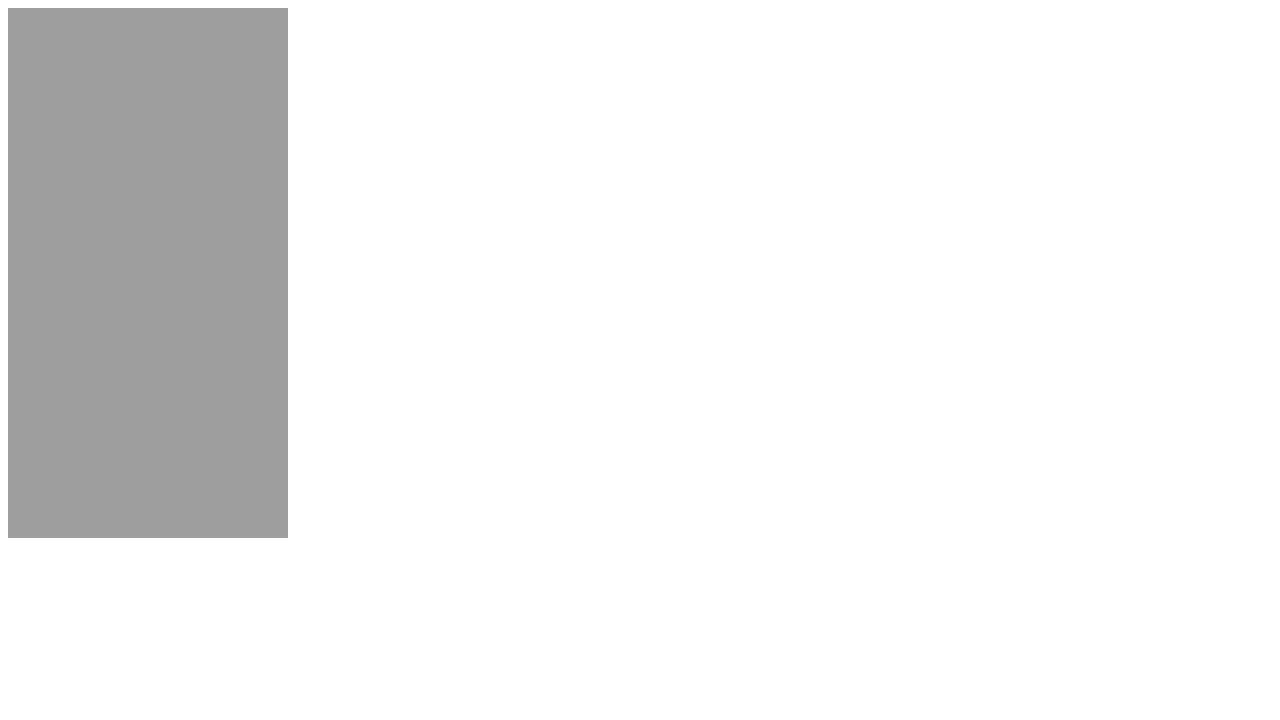
Repository: Tranduchieu2002/FlappyBird
Page: Flappy.html
These files come from the project's save history. The page is drawn as it stood at one moment and after the next save; the edit follows.
The browser window is 1280 px wide. The pictures show the whole page.

Above is the page before, as saved 2021-09-14 17:22:56.

### Flappy.html
<!DOCTYPE html>
<html lang="en">
<head>
   <meta charset="UTF-8">
   <meta http-equiv="X-UA-Compatible" content="IE=edge">
   <meta name="viewport" content="width=device-width, initial-scale=1.0">
   <title>Document</title>
   <style>
      canvas  {
     }
     @media only screen and (max-width: 600px) {
        canvas {
         width: 100%;
         height: 100%;
        }
     }
   </style>
</head>
<body>
   <canvas id="canvas" width="280px" height="530px">

   </canvas>
   <script src="index.js"></script>
</body>
</html>

### index.js
const cvs = document.querySelector("canvas");
const ctx = cvs.getContext("2d");
var bird = new Image();
var bg = new Image();
let fg = new Image();
let pipeSouth = new Image();
let pipeNorth = new Image();
console.log(pipeNorth.length, pipeSouth.length);
fg.src =
  "https://raw.githubusercontent.com/CodeExplainedRepo/FlappyBird-JavaScript/master/images/fg.png";
pipeNorth.src =
  "https://raw.githubusercontent.com/CodeExplainedRepo/FlappyBird-JavaScript/master/images/pipeNorth.png";
pipeSouth.src =
  "https://raw.githubusercontent.com/CodeExplainedRepo/FlappyBird-JavaScript/master/images/pipeSouth.png";
bird.src =
  "https://raw.githubusercontent.com/CodeExplainedRepo/FlappyBird-JavaScript/master/images/bird.png";
bg.src =
  "https://raw.githubusercontent.com/CodeExplainedRepo/FlappyBird-JavaScript/master/images/bg.png";
(function draw() {
  const fh = 50;
  const hC = cvs.height;
  let Bx = 50;
  let By = 50;
  let hPassForCg = 70;
  ctx.drawImage(bg, 0, 0);
  ctx.drawImage(bird, 0, 0, 30, 30);
  ctx.drawImage(pipeSouth, 130, hPassForCg + pipeNorth.length);
  ctx.drawImage(pipeNorth, 130, 0);
  ctx.drawImage(fg, 0, hC - fg.height);
  requestAnimationFrame(draw);
})();

After the next save:
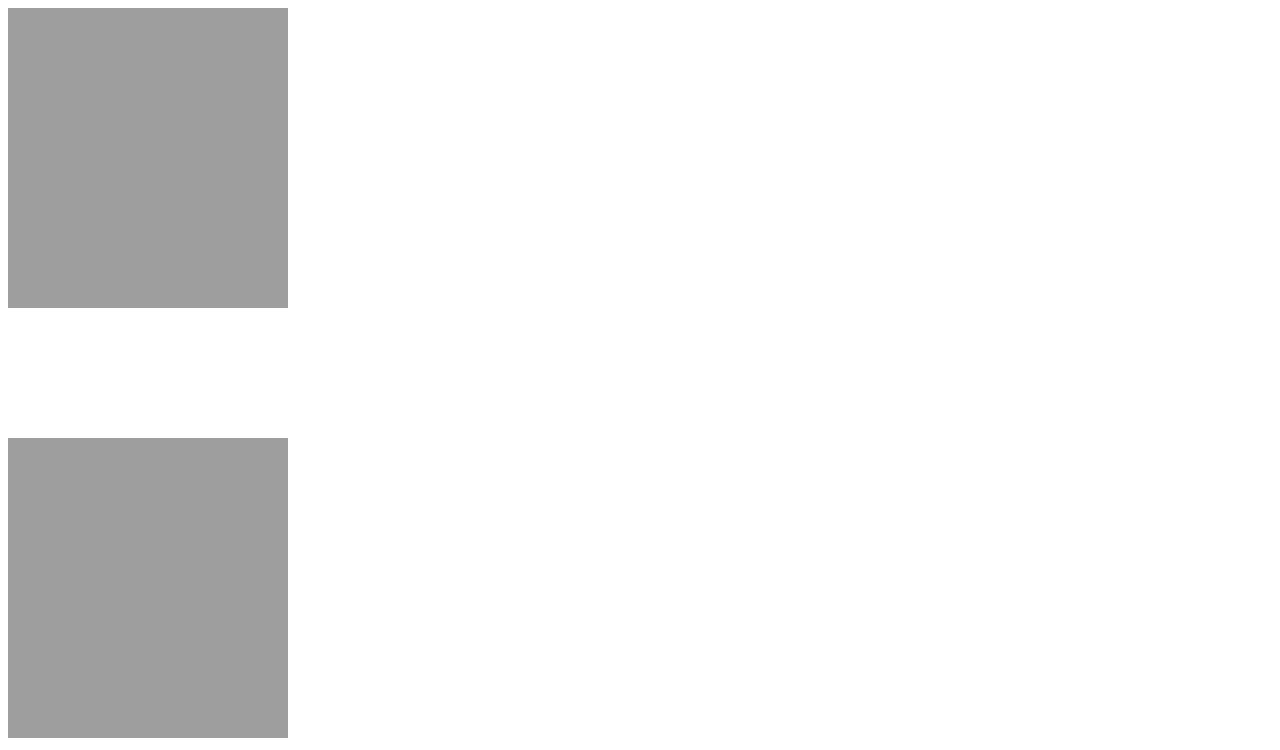
Saved 5 s later.
--- a/Flappy.html
+++ b/Flappy.html
@@ -17,7 +17,7 @@
    </style>
 </head>
 <body>
-   <canvas id="canvas" width="280px" height="530px">
+   <canvas id="canvas" width="280px" height="730px">
 
    </canvas>
    <script src="index.js"></script>
